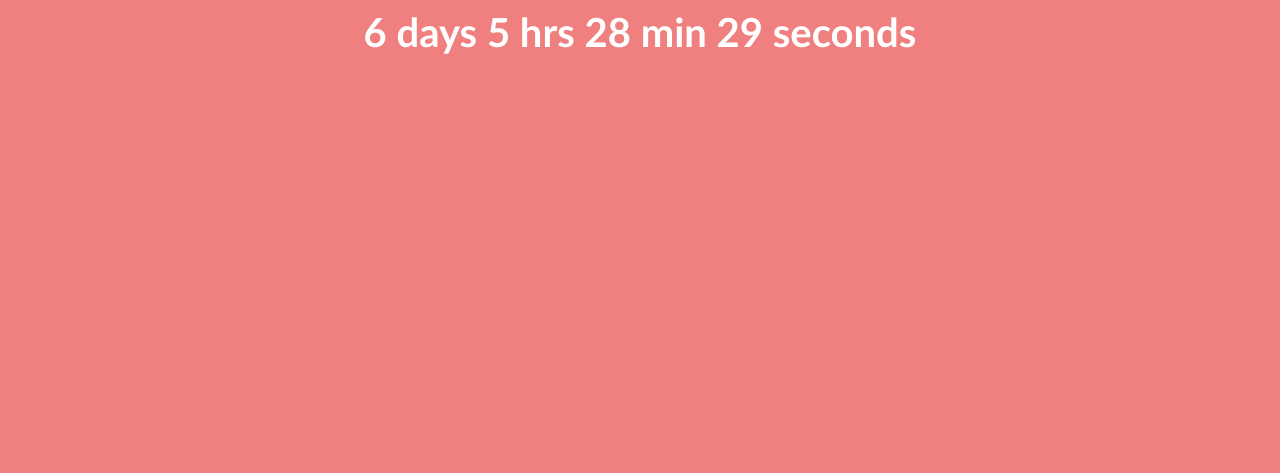
Repository: notMaximilian/countdown-timer
Page: index.html
The author's editor kept a copy of each file at every save. The page is drawn from the files as they stood at one save, then again after the next save.
The browser window is 1280 px wide. The pictures show the whole page.

Above is the page before, as saved 2021-12-18 19:59:01.

After the next save:
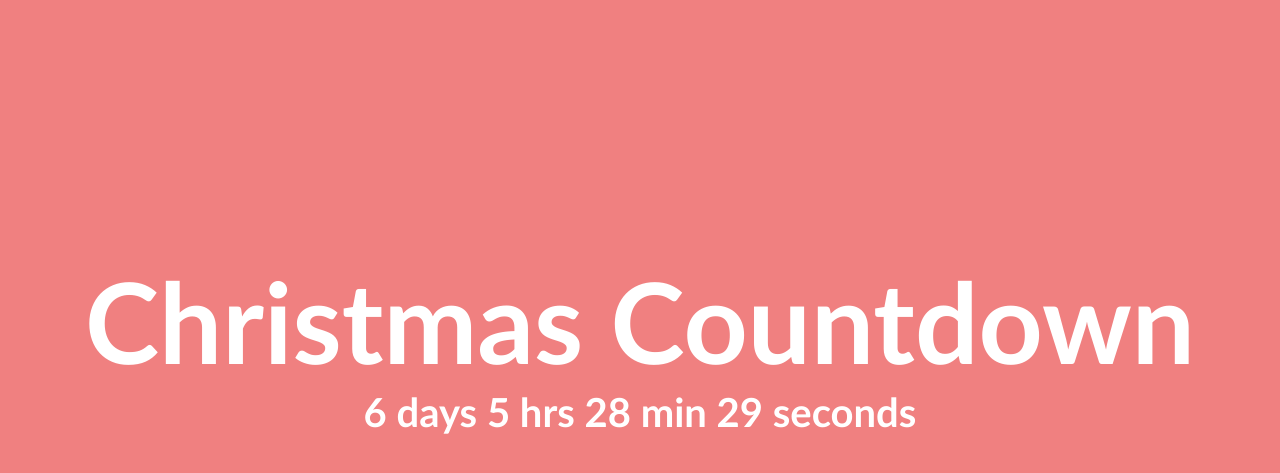
Saved 10 s later.
--- a/index.html
+++ b/index.html
@@ -5,7 +5,10 @@
         <link rel="stylesheet" href="styles.css"/>
     </head>
     <body>
+        <h1 id="main-text">Christmas Countdown</h1>
         <h1 id="time-left"></h1>
         <script src="app.js"></script>
+        <div class="snow" />
+
     </body>
 </html>
